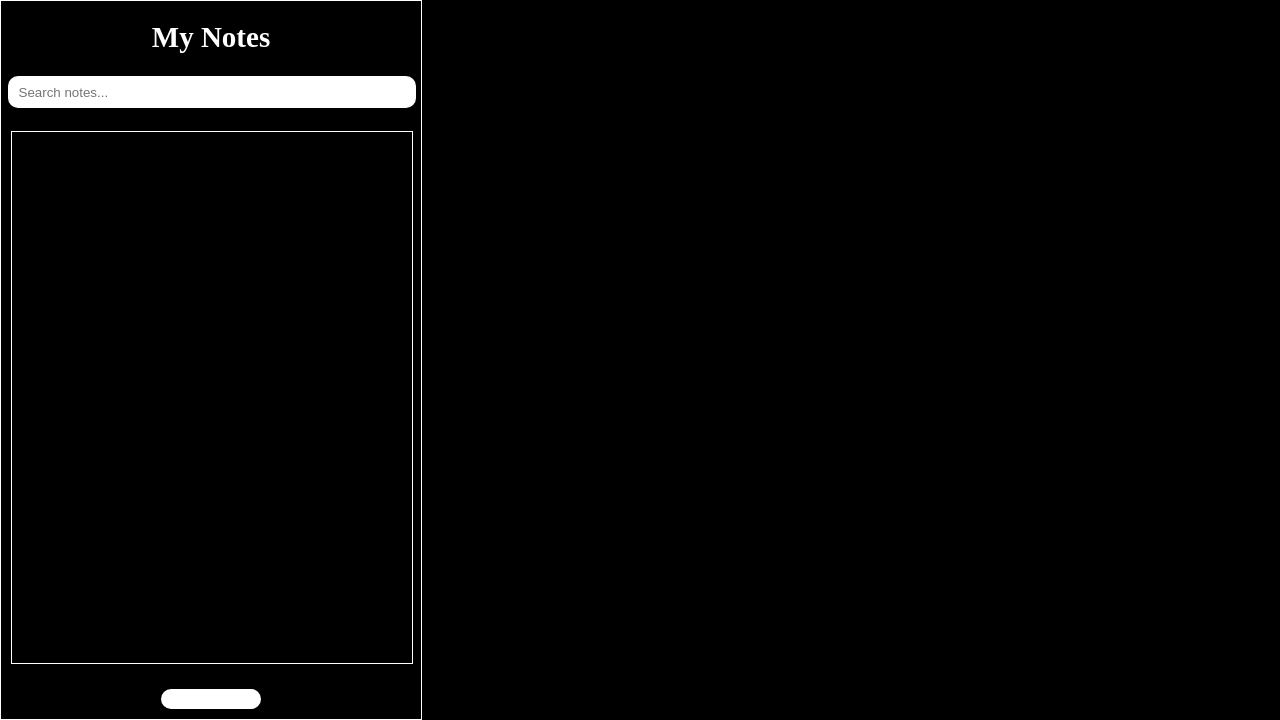
Repository: dmpelaez/myNotes
Page: QuickNotes.html
An editor plug-in stored every save of this project. The page is shown before and after the next save, followed by the edit.
The browser window is 1280 px wide. The pictures show the whole page.

Above is the page before, as saved 2025-12-18 20:54:54.

After the next save:
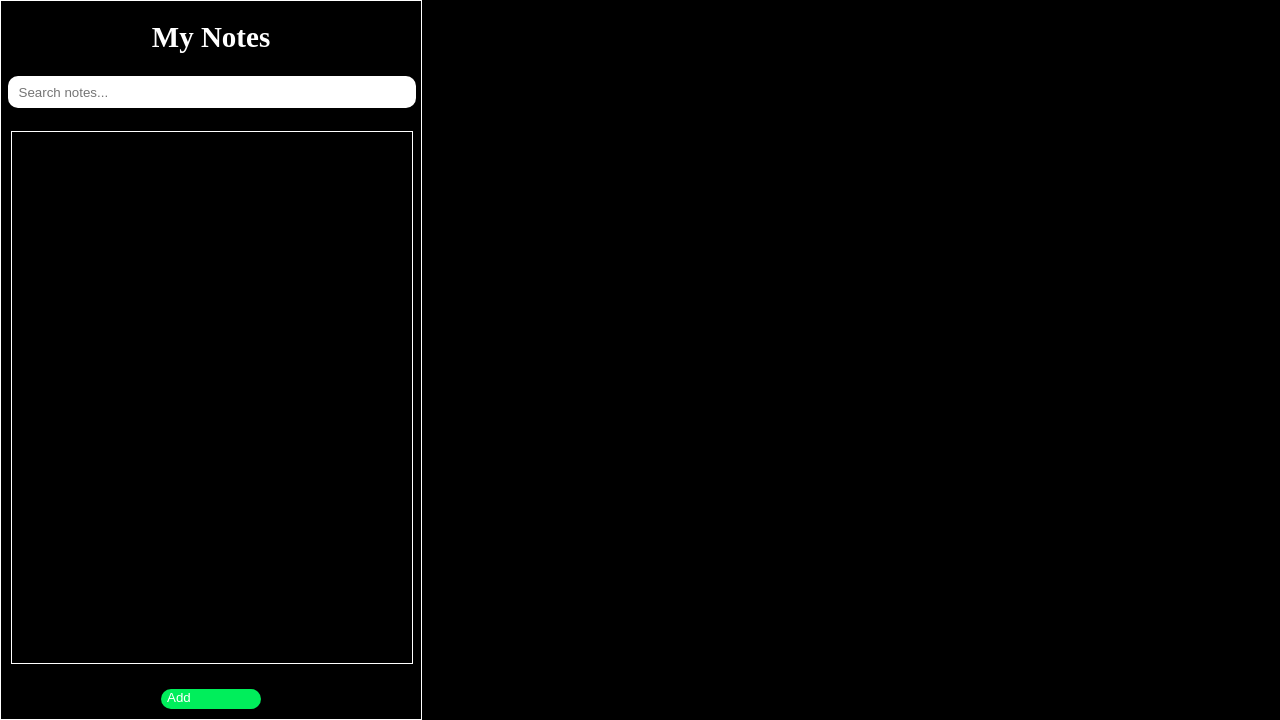
Saved 7 s later.
--- a/QuickNotes.css
+++ b/QuickNotes.css
@@ -59,10 +59,11 @@ body {
   width: 100px;
   display: flex;
   justify-self: center;
-  background: white;
+  background: rgb(0, 238, 91);
   border: none;
   border-radius: 10px;
   color: white;
+
 }
 
 .note-list {
